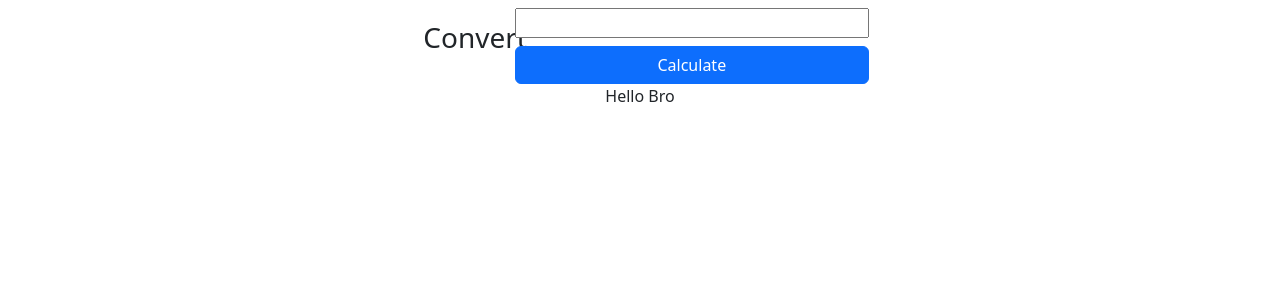
Repository: LeGrandMAG/magCalculator
Page: index.html
An editor plug-in stored every save of this project. The page is shown before and after the next save, followed by the edit.
The browser window is 1280 px wide. The pictures show the whole page.

Above is the page before, as saved 2022-05-26 13:11:33.

After the next save:
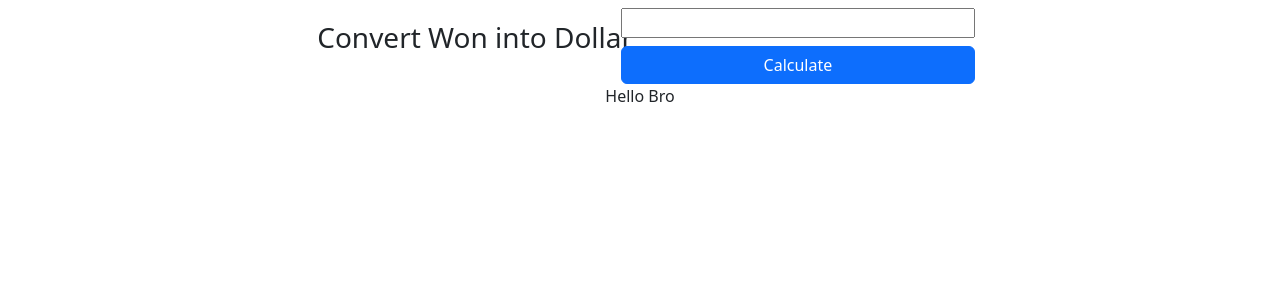
Saved 4 s later.
--- a/index.html
+++ b/index.html
@@ -14,7 +14,7 @@
 
 
     <div class="container">
-        <h3>Convert </h3>
+        <h3>Convert Won into Dollar</h3>
         <form class="row"action="">
             <input class="mt-2 mb-2" type="text">
 
